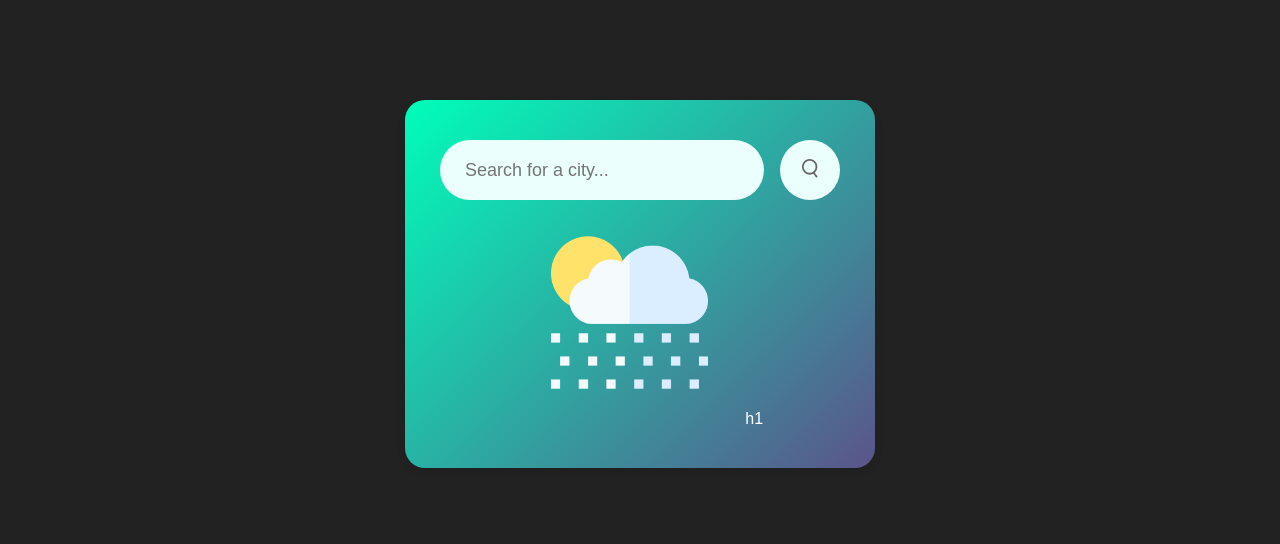
Repository: Abdelilah-Lakrim/Weather-App
Page: index.html
The author's editor kept a copy of each file at every save. The page is drawn from the files as they stood at one save, then again after a run of saves.
The browser window is 1280 px wide. The pictures show the whole page.

Above is the page before, as saved 2025-06-17 11:11:24.

### index.html
<!DOCTYPE html>
<html>
<head>
    <meta charset="UTF-8" />
    <title>Weather App</title>
    <link rel="stylesheet" href="style.css" >
</head>
<body>

    <div class="card">
        <div class="search">
            <input type="text" placeholder="Search for a city..." spellcheck="false" />
            <button><img src="images/search.png"></button>
        </div>
        <div class="weather">
            <img src="images/rain.png" class="weather-icon">
            h1
        </div>
    </div>

</body>
</html>

### style.css
*{
    margin: 0;
    padding: 0;
    font-family: 'Poppins', sans-serif;
    box-sizing: border-box;
}
body{
    background-color: #222;
    color: #333;
}
.card{
    width: 90%;
    max-width: 470px;
    background: linear-gradient(135deg, #00feba, #5b548a);
    color: #fff;
    margin: 100px auto  0;
    padding: 40px 35px;
    border-radius: 20px;
    box-shadow: 0 4px 8px rgba(0, 0, 0, 0.1);
    overflow: hidden;
    position: relative;
    text-align: center;
}
.search{
    width: 100%;
    display: flex;
    align-items: center;
    justify-content: space-between;
}

.search input{
    border: 0;
    outline: 0;
    background: #ebfffc;
    color: #333;
    padding: 10px 25px;
    height: 60px;
    border-radius: 30px;
    flex: 1;
    margin-right: 16px;
    font-size: 18px;
}

.search button{
    border: 0;
    outline: 0;
    background: #ebfffc;
    height: 60px;
    width: 60px;
    border-radius: 50px;
    cursor: pointer;
}
.search button img{
    width: 16px;
}

After the next 4 saves:
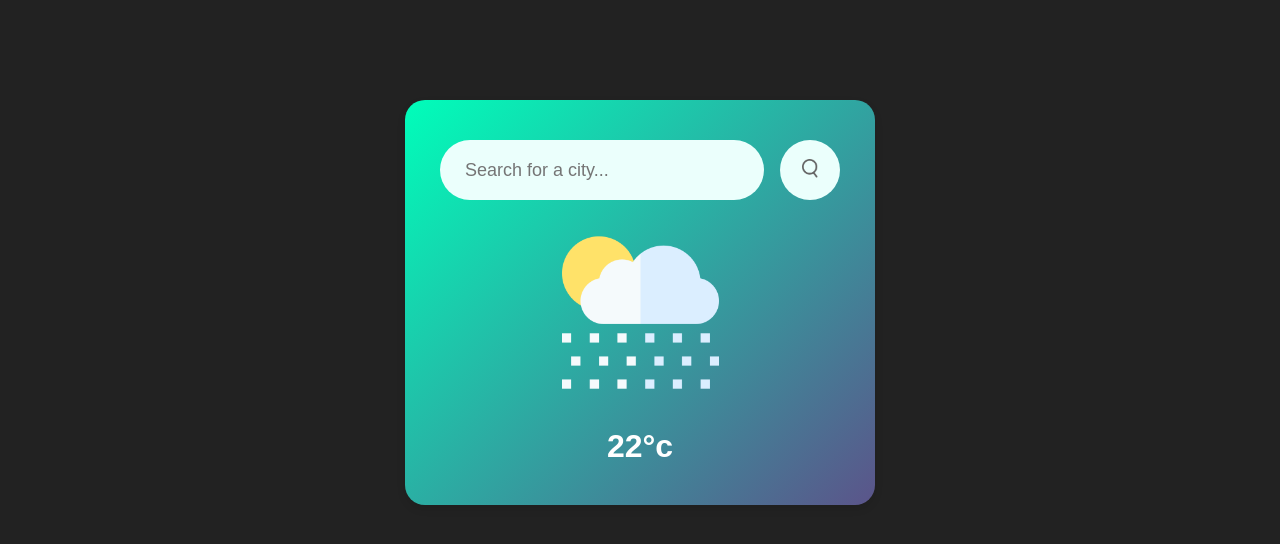
The 4 saves are shown as one change because they came seconds apart.
The last was saved 15 s later.
--- a/index.html
+++ b/index.html
@@ -14,7 +14,7 @@
         </div>
         <div class="weather">
             <img src="images/rain.png" class="weather-icon">
-            h1
+            <h1 class="temp">22°c</h1>
         </div>
     </div>
 
